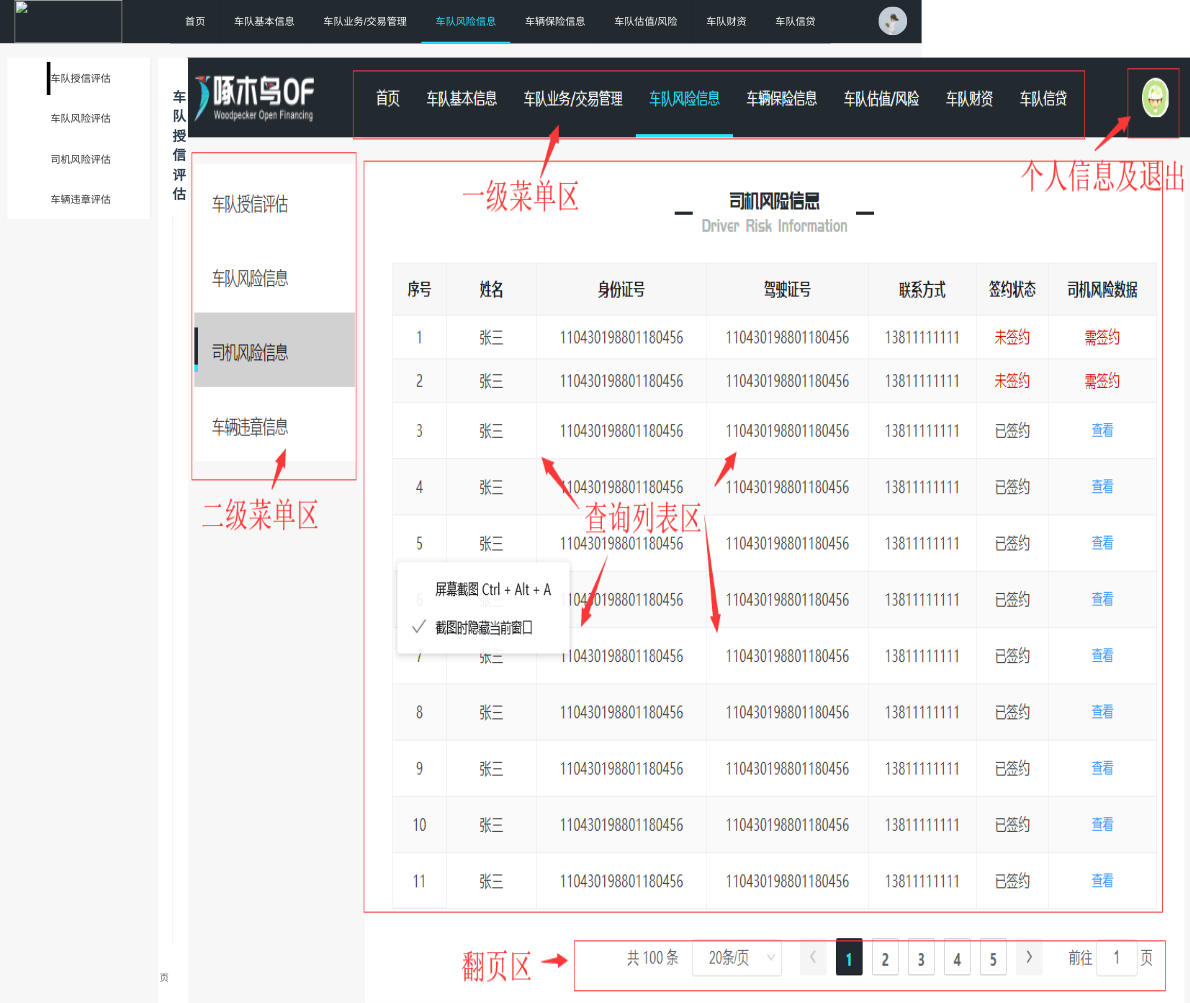
Repository: TheWomanLiketheWind/woodpecker
Page: /
These files come from the project's save history. The page is drawn as it stood at one moment and after the next save; the edit follows.
The browser window is 1280 px wide. The page is 1653 px wide, so the pictures cover 1653 px, including what lies to the right of the window. The pictures show the whole page, at 72% of full size.
The project was rebuilt for these pictures with package versions that can differ from the ones it lists, and the page was loaded fresh each time. Also part of the build but not shown: src/views/menuThird.vue.

Above is the page before, as saved 2019-07-26 09:49:20.

### public/index.html
<!DOCTYPE html>
<html lang="en">
  <head>
    <meta charset="utf-8">
    <meta http-equiv="X-UA-Compatible" content="IE=edge">
    <meta name="viewport" content="width=device-width,initial-scale=1.0">
    <link rel="icon" href="<%= BASE_URL %>favicon.ico">
    <title>woodpecker</title>
  </head>
  <body>
    <noscript>
      <strong>We're sorry but woodpecker doesn't work properly without JavaScript enabled. Please enable it to continue.</strong>
    </noscript>
    <div id="app"></div>
    <!-- built files will be auto injected -->
  </body>
</html>

### src/App.vue
<template>
  <div id="app">
    <router-view />
  </div>
</template>

<style lang="scss">
#app {
  font-family: "Avenir", Helvetica, Arial, sans-serif;
  -webkit-font-smoothing: antialiased;
  -moz-osx-font-smoothing: grayscale;
  text-align: center;
  color: #2c3e50;
  background: #f7f7f7;
  .el-header {
    display: flex;
    justify-content: space-between;
    align-items: center;
  }
  .menuSecond {
    .el-menu-item:focus,
    .el-menu-item:hover {
      background-color: rgb(209, 209, 209);
    }
    .el-menu-item.is-active span {
      border-left: 5px solid #000;
    }
    .el-menu-item span {
      border-left: 5px solid #fff;
      padding: 15px 0;
      height: 35px;
      line-height: 35px;
      text-align: left;
    }
  }
}
#nav {
  padding: 30px;
  a {
    font-weight: bold;
    color: #2c3e50;
    &.router-link-exact-active {
      color: #42b983;
    }
  }
}
body {
  margin: 0;
}
</style>

### src/router.ts
import Vue from 'vue'
import Router from 'vue-router'
import Home from './views/Home.vue'
Vue.use(Router)

export default new Router({
  mode: 'history',
  base: process.env.BASE_URL,
  routes: [
    {
      path: '/',
      name: 'home',
      component: Home,
      children: [
        {
          path: '/',
          name: 'menuSecond',
          children: [
            {
              path: '/',
              name: 'menuThird',
              component: () =>
                import(/* webpackChunkName: "about" */ './views/menuThird.vue')
            }
          ],
          component: () =>
            import(/* webpackChunkName: "about" */ './views/menuSecond.vue')
        }
      ]
    }
  ]
})

### src/views/Home.vue
<template>
  <el-container>
    <el-header class="headerAll">
      <img src=""
           class="headImage">
      <el-menu :default-active="activeIndex"
               class="el-menu-demo"
               mode="horizontal"
               background-color="#222a30"
               text-color="#fff"
               active-text-color="#29e2fe"
               @select="handleSelect">
        <el-menu-item v-for="(item, index) in menuList"
                      :key="index"
                      :index="item.index"
                      v-on:listenToChildEvent="menuClick">{{item.name}}</el-menu-item>
      </el-menu>

      <el-dropdown>
        <img src="../assets/headImage.jpg"
             class="drophead" />
        <el-dropdown-menu slot="dropdown">
          <el-dropdown-item>个人信息</el-dropdown-item>
          <el-dropdown-item>退出</el-dropdown-item>
        </el-dropdown-menu>
      </el-dropdown>
    </el-header>
    <!-- <router-link to="/menuSecond">点击跳转</router-link> -->
    <router-view />
  </el-container>
</template>

<script lang="ts">
import { Component, Vue } from "vue-property-decorator";

@Component({
  components: {}
})
export default class Home extends Vue {
  data() {
    return {
      activeIndex: "4",
      menuList: [
        {
          name: "首页",
          index: "1",
          link: ""
        },
        {
          name: "车队基本信息",
          index: "2",
          link: ""
        },
        {
          name: "车队业务/交易管理",
          index: "3",
          link: ""
        },
        {
          name: "车队风险信息",
          index: "4",
          link: ""
        },
        {
          name: "车辆保险信息",
          index: "5",
          link: ""
        },
        {
          name: "车队估值/风险",
          index: "6",
          link: ""
        },
        {
          name: "车队财资",
          index: "7",
          link: ""
        },
        {
          name: "车队信贷",
          index: "8",
          link: ""
        }
      ]
    };
  }

  private handleSelect(key: any, keyPath: any) {
    console.log(key, keyPath);
  }

  menuClick(data: any) {
    this.$router.push(data);
  }
}
</script>

<style lang="scss">
.headerAll {
  background: #222a30;
  margin-bottom: 20px;
  .headImage {
    width: 150px;
    height: 100%;
    border: 0;
  }
  .drophead {
    width: 40px;
    height: 40px;
    border-radius: 50%;
  }
}
</style>

### src/views/menuSecond.vue
<template>
  <el-container class="menuSecond">

    <el-aside width="200px"
              class="asideClass">
      <el-menu :default-active="defaultActive"
               class="el-menu-vertical-demo"
               active-text-color="#303133"
               @select="handleSelect">
        <el-menu-item v-for="(item, index) in filesList.navigeList"
                      :key="index"
                      :index="item.index">
          <span slot="title">{{item.name}}</span>
        </el-menu-item>
      </el-menu>
    </el-aside>
    <el-main class="menuSecondRight">
      <h3>{{filesList.navigeList[this.selectIndex].name}}</h3>
      <el-table :data="tableData"
                border
                stripe
                style="width: 100%">
        <el-table-column type="index"
                         label="序号"
                         width="70"
                         align="center">
        </el-table-column>
        <el-table-column prop="name"
                         label="姓名"
                         width="110"
                         align="center" />
        <el-table-column prop="cardId"
                         label="身份证号"
                         align="center" />
        <el-table-column prop="driveId"
                         label="驾驶证号"
                         align="center" />
        <el-table-column prop="tel"
                         label="联系方式"
                         align="center" />
        <el-table-column prop="signType"
                         label="签约状态"
                         align="center">
          <template slot-scope="scope">
            <span :class="scope.row.signType === 0?'signTypeColor':''">{{scope.row.signType === 0?'未签约':'已签约'}}</span>
          </template>
        </el-table-column>
        <el-table-column label="司机风险数据"
                         align="center">
          <template slot-scope="scope">
            <el-button type="text"
                       v-if="scope.row.signType === 0"
                       class="signTypeColor">需签约</el-button>
            <el-button type="text"
                       v-else>查看</el-button>
          </template>
        </el-table-column>
      </el-table>
      <el-pagination @size-change="handleSizeChange"
                     @current-change="handleCurrentChange"
                     :current-page="currentPage4"
                     :page-sizes="[10, 20, 50, 100]"
                     :page-size="10"
                     layout="total, sizes, prev, pager, next, jumper"
                     :total="tableData.length">
      </el-pagination>
    </el-main>
    <img src="../assets/d1c2dc3ef8561f8ba11936fef14c613.png">
  </el-container>

</template>

<script lang="ts">
import Vue from "vue";
import files from "../jsonFile";

export default Vue.extend({
  data() {
    return {
      filesList: files,
      selectIndex: 0,
      defaultActive: "1",
      currentPage4: 4,
      tableData: [
        {
          name: "张三",
          cardId: "110430198801180456",
          driveId: "110430198801180456",
          tel: "13811111111",
          signType: 0
        }
      ]
    };
  },
  mounted() {
    this.defined();
  },
  methods: {
    defined() {
      for (let i = 0; i < 9; i++) {
        let object = {
          name: "张三",
          cardId: "110430198801180456",
          driveId: "110430198801180456",
          tel: "13811111111",
          signType: i === 0 ? 0 : 1
        };
        this.tableData.push(object);
      }
    },
    handleSelect(key: String) {
      this.selectIndex = Number(key) - 1;
    },
    handleSizeChange(val: Number) {
      console.log(`每页 ${val} 条`);
    },
    handleCurrentChange(val: Number) {
      console.log(`当前页: ${val}`);
    }
  }
});
</script>


<style lang="scss">
.menuSecond {
  background: #f7f7f7;
  margin: 0 10px;
  .menuSecondRight {
    background: #fff;
    margin-left: 10px;
  }
  .el-pagination {
    margin-top: 30px;
    float: right;
  }
  .signTypeColor {
    color: #d40707;
  }
}
.el-menu {
  background: #fff;
}
</style>

### src/jsonFile.ts
const fileObject = {
  navigeList: [
    {
      name: '车队授信评估',
      index: '1'
    },
    {
      name: '车队风险评估',
      index: '2'
    },
    {
      name: '司机风险评估',
      index: '3'
    },
    {
      name: '车辆违章评估',
      index: '4'
    }
  ]
}

export default fileObject

Loaded but not shown: src/main.ts (common file); src/store.ts (common file)

After the next save:
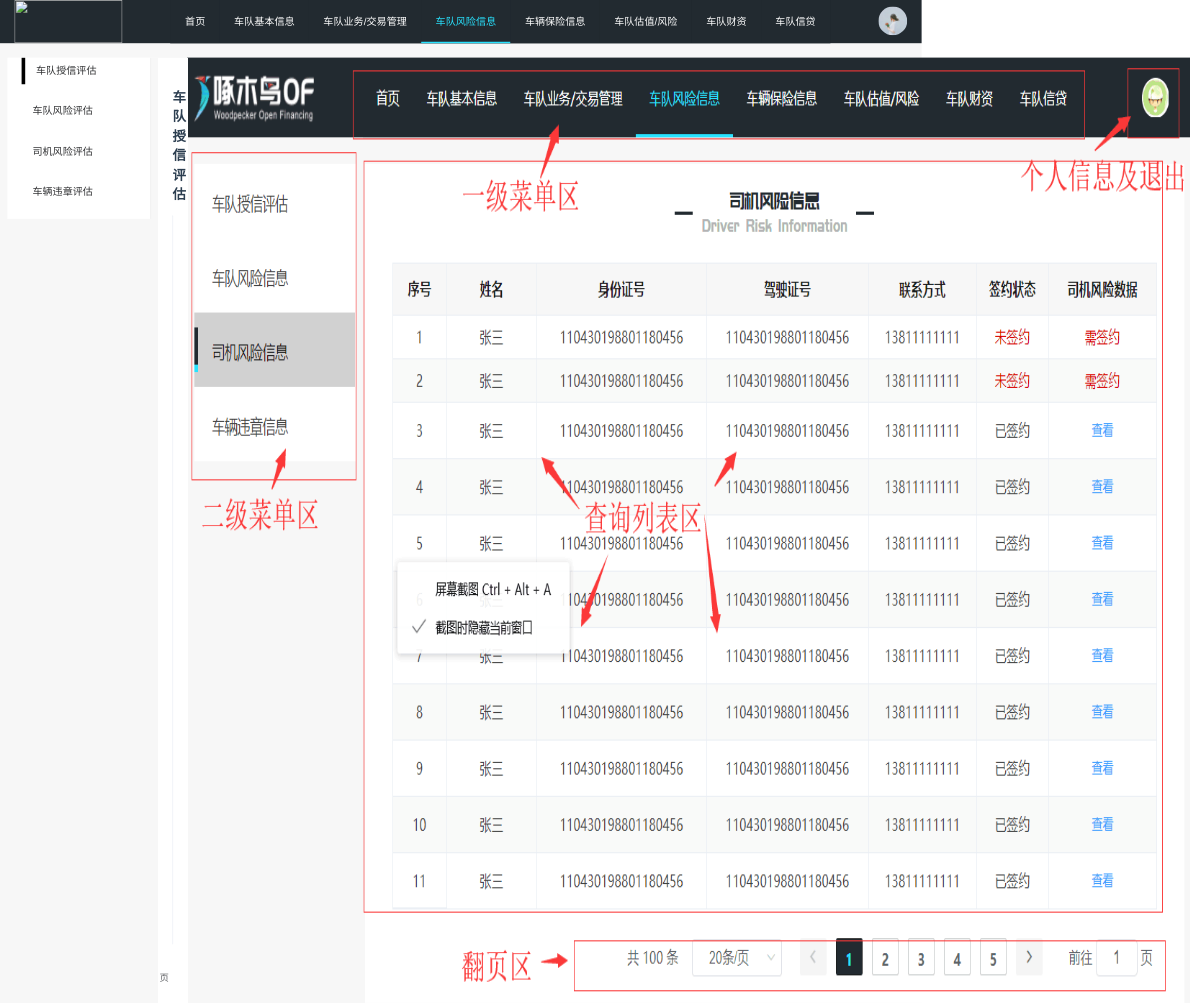
Saved 2 min 41 s later.
--- a/src/App.vue
+++ b/src/App.vue
@@ -26,11 +26,13 @@
       border-left: 5px solid #000;
     }
     .el-menu-item span {
-      border-left: 5px solid #fff;
-      padding: 15px 0;
-      height: 35px;
-      line-height: 35px;
+      // border-left: 5px solid #fff;
+      height: 37px;
+      line-height: 37px;
       text-align: left;
+      width: 100%;
+      display: block;
+      padding-left: 15px;
     }
   }
 }
